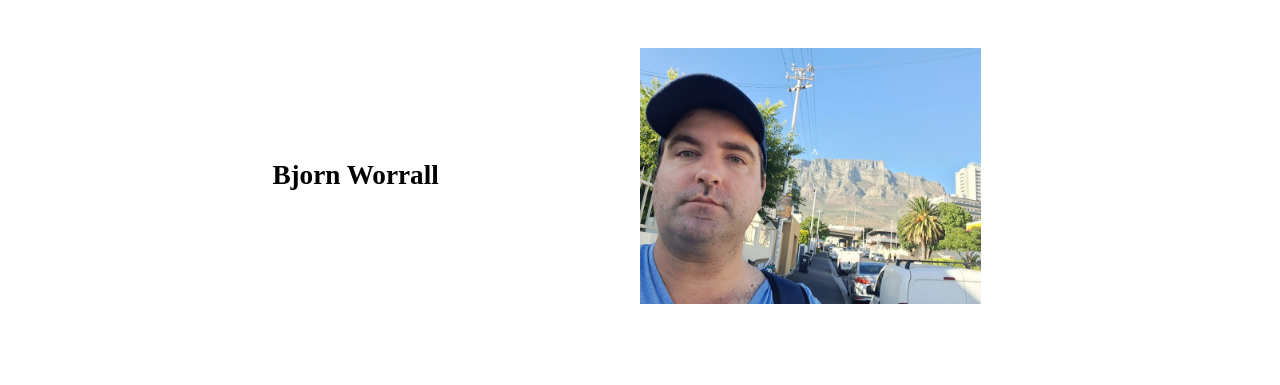
Repository: lasity34/basic-webpage
Page: index.html
These files come from the project's save history. The page is drawn as it stood at one moment and after the next save; the edit follows.
The browser window is 1280 px wide. The pictures show the whole page.

Above is the page before, as saved 2023-03-02 09:00:52.

### index.html
<!DOCTYPE html>
<html lang="en">
  <link rel="stylesheet" type="text/css" href="styles.css" />
  <head>
    <meta charset="UTF-8" />
    <meta http-equiv="X-UA-Compatible" content="IE=edge" />
    <meta name="viewport" content="width=device-width, initial-scale=1.0" />
    <title>Bjorns Profile Reponsive</title>
  </head>
  <body>
    <main>
      <section id="profile_section">
        <h1 id="profile_name">Bjorn Worrall</h1>
        <img id="profile_img" src="./images/profile.jpg" />
      </section>
      <section>

      </section>
    </main>
  </body>
</html>

### styles.css

main {
    max-width: 90%;
    margin: 3rem auto;
}



#profile_section {
    display: grid;
    justify-content: space-around;
    grid-template-columns: 50% 50%;
    width: 100%;

}

#profile_name {
    font-size: 1.7rem;
    margin: auto 0;
    text-align: center;
}

#profile_img {
    width: 60%;
}

After the next save:
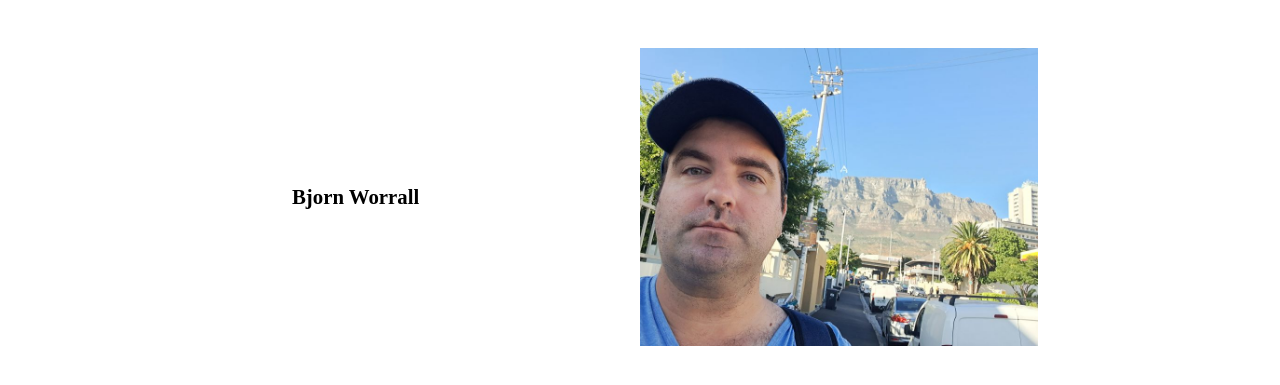
Saved 76 s later.
--- a/styles.css
+++ b/styles.css
@@ -15,11 +15,11 @@ main {
 }
 
 #profile_name {
-    font-size: 1.7rem;
+    font-size: 1.3rem;
     margin: auto 0;
     text-align: center;
 }
 
 #profile_img {
-    width: 60%;
+    width: 70%;
 }
